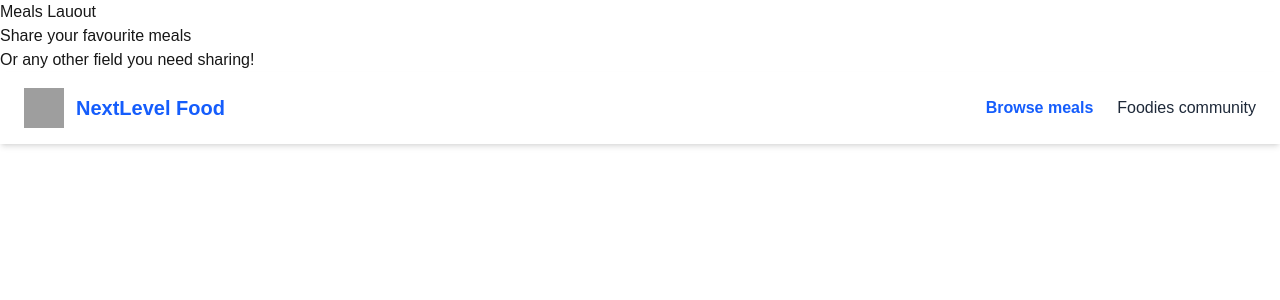
Repository: ananya2420/my-next-app
Page: /meals/share
An editor plug-in stored every save of this project. The page is shown before and after a run of saves, followed by the edit.
The browser window is 1280 px wide. The pictures show the whole page.
Pictures or frames that could not be fetched are drawn as grey boxes. The project was rebuilt for these pictures with package versions that can differ from the ones it lists, and the page was loaded fresh each time. The framework's server and built-in components were replaced by stand-ins that run in the browser. Also part of the build but not shown: next.config.mjs.

Above is the page before, as saved 2025-03-29 13:37:50.

### src/app/layout.js
//import { Geist, Geist_Mono } from "next/font/google";
import MainHeader from "../../components/main-header";

import "./globals.css";

/*
const geistSans = Geist({
  variable: "--font-geist-sans",
  subsets: ["latin"],
});

const geistMono = Geist_Mono({
  variable: "--font-geist-mono",
  subsets: ["latin"],
});
*/

export const metadata = {
  title: "Create Next App",
  description: "Generated by create next app",
};

export default function RootLayout({ children }) {
  return (
    <html lang="en">
    {/*  <body
       className={`${geistSans.variable} ${geistMono.variable} antialiased`}
      > */}
      <body>
        {children}
        <MainHeader />

      </body>
    </html>
  );
}

### src/app/meals/layout.js
export default function MealsLayout({children}){
    return <>
    <p>Meals Lauout</p>
    {children}

    </>
}

### src/app/meals/share/page.js
export default function ShareMealPage(){

    //console.log('Meals page');

    return(
    <>
    <header>
        <h1>Share your <span>favourite meals</span></h1>
        <p>Or any other field you need sharing!</p>
    </header>

    <main>
        <form>
            <div>
                <p>
                    <label htmlFor="name"></label>
                </p>
            </div>
        </form>

    </main>
    </>
    )
}

### components/main-header.js


import Link from "next/link";
import logoImg from './assets/icon/logo.png'
import NavLink from "./nav-link";
//import { usePathname } from "next/navigation";

export default function MainHeader() {
  //const path = usePathname();

  return (
    <header className="flex items-center justify-between bg-white shadow-md px-6 py-4">
      {/* Logo and Branding */}
      <Link href="/" className="flex items-center space-x-3 text-xl font-bold text-gray-800">
        <img src={logoImg} alt="A plate with food on it" className="w-10 h-10" />
        <span className="text-blue-600">NextLevel Food</span>
      </Link>

      {/* Navigation */}
      <nav>
        <ul className="flex space-x-6">
          <li>
           <NavLink href="/meals">Browse meals</NavLink>
          </li>
          <li>
            <NavLink href="/community">Foodies community</NavLink>
          </li>
        </ul>
      </nav>
    </header>
  );
}

### src/app/globals.css
@import "tailwindcss";

/* styles/globals.css */
@tailwind base;
@tailwind components;
@tailwind utilities;



:root {
  --background: #ffffff;
  --foreground: #171717;
}

@theme inline {
  --color-background: var(--background);
  --color-foreground: var(--foreground);
  --font-sans: var(--font-geist-sans);
  --font-mono: var(--font-geist-mono);
}

@media (prefers-color-scheme: dark) {
  :root {
    --background: #0a0a0a;
    --foreground: #ededed;
  }
}
*{
  box-sizing: border-box;
}
html{
  font-family: 'Open sans',sans-serif;
  height:100%;
}
body {
  height: 100%;
  margin: 0;
  color:#ddd8e4;
  background: var(--background);
  color: var(--foreground);
  font-family: Arial, Helvetica, sans-serif;
}

### components/nav-link.js
"use client";

import Link from "next/link";
import { usePathname } from "next/navigation";

export default function NavLink({href,children}){

  const path =   usePathname();
    return  <Link href={href} className={`${path.startsWith(href) ? 'text-blue-600 font-bold' : 'text-gray-800'}`}>
   {children}
  </Link>
}

After the next 2 saves:
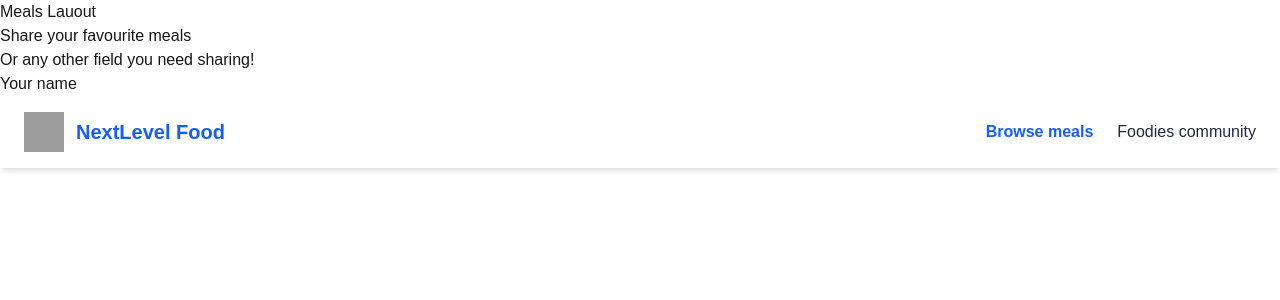
The 2 saves are shown as one change because they came seconds apart.
The last was saved 10 s later.
--- a/src/app/meals/share/page.js
+++ b/src/app/meals/share/page.js
@@ -13,7 +13,8 @@ export default function ShareMealPage(){
         <form>
             <div>
                 <p>
-                    <label htmlFor="name"></label>
+                    <label htmlFor="name">Your name</label>
+
                 </p>
             </div>
         </form>
